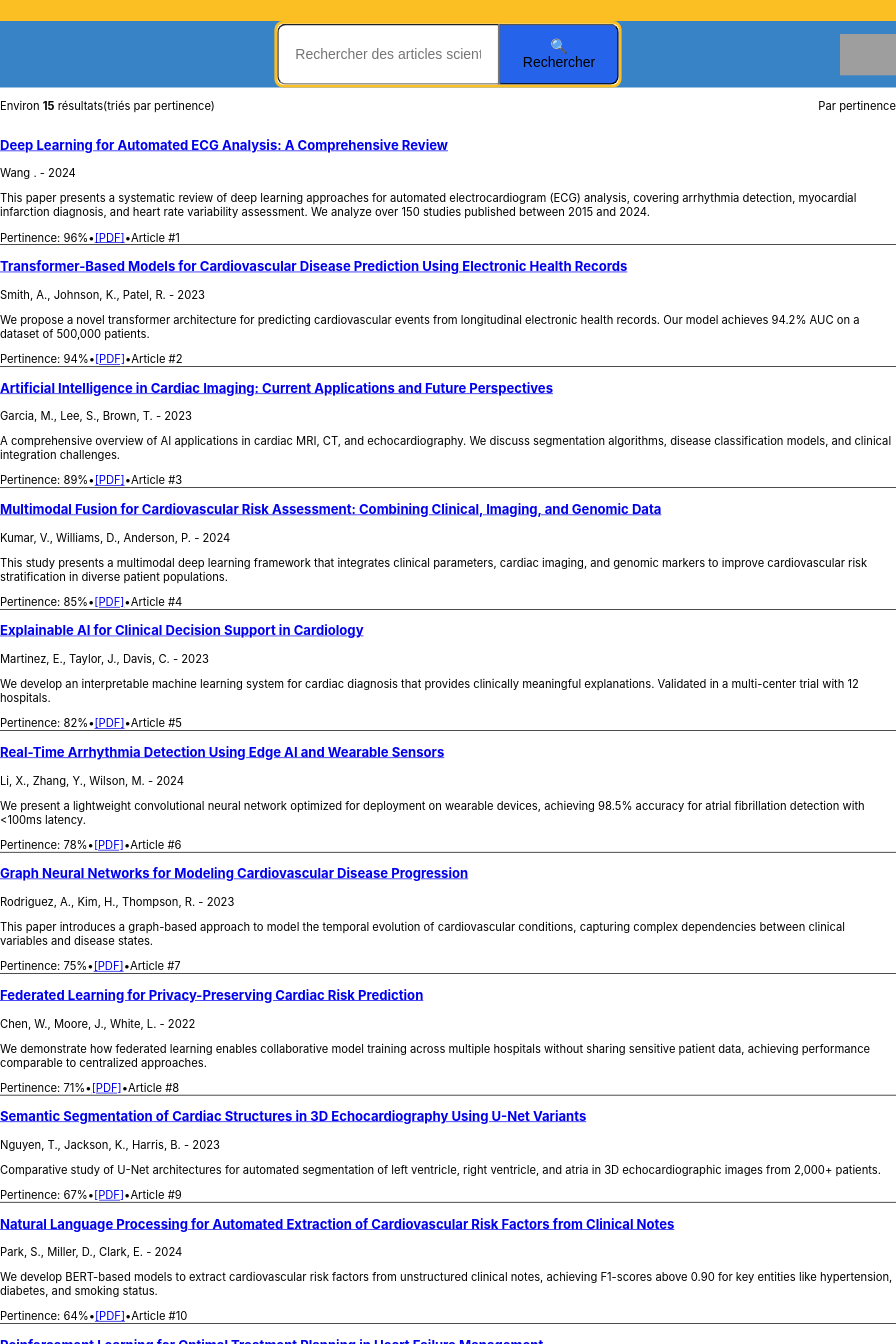
Repository: elh33/SemanticSciSearch
Page: / (app in frontend/)
An editor plug-in stored every save of this project. The page is shown before and after a run of saves, followed by the edit.
The browser window is 1280 px wide. The pictures show the part of the page from y = 0 to 1920 px (the page is 2700 px tall), at 70% of full size.
Pictures or frames that could not be fetched are drawn as grey boxes. The project was rebuilt for these pictures with package versions that can differ from the ones it lists, and the page was loaded fresh each time.

Above is the page before, as saved 2025-11-21 23:20:55.

After the next 2 saves:
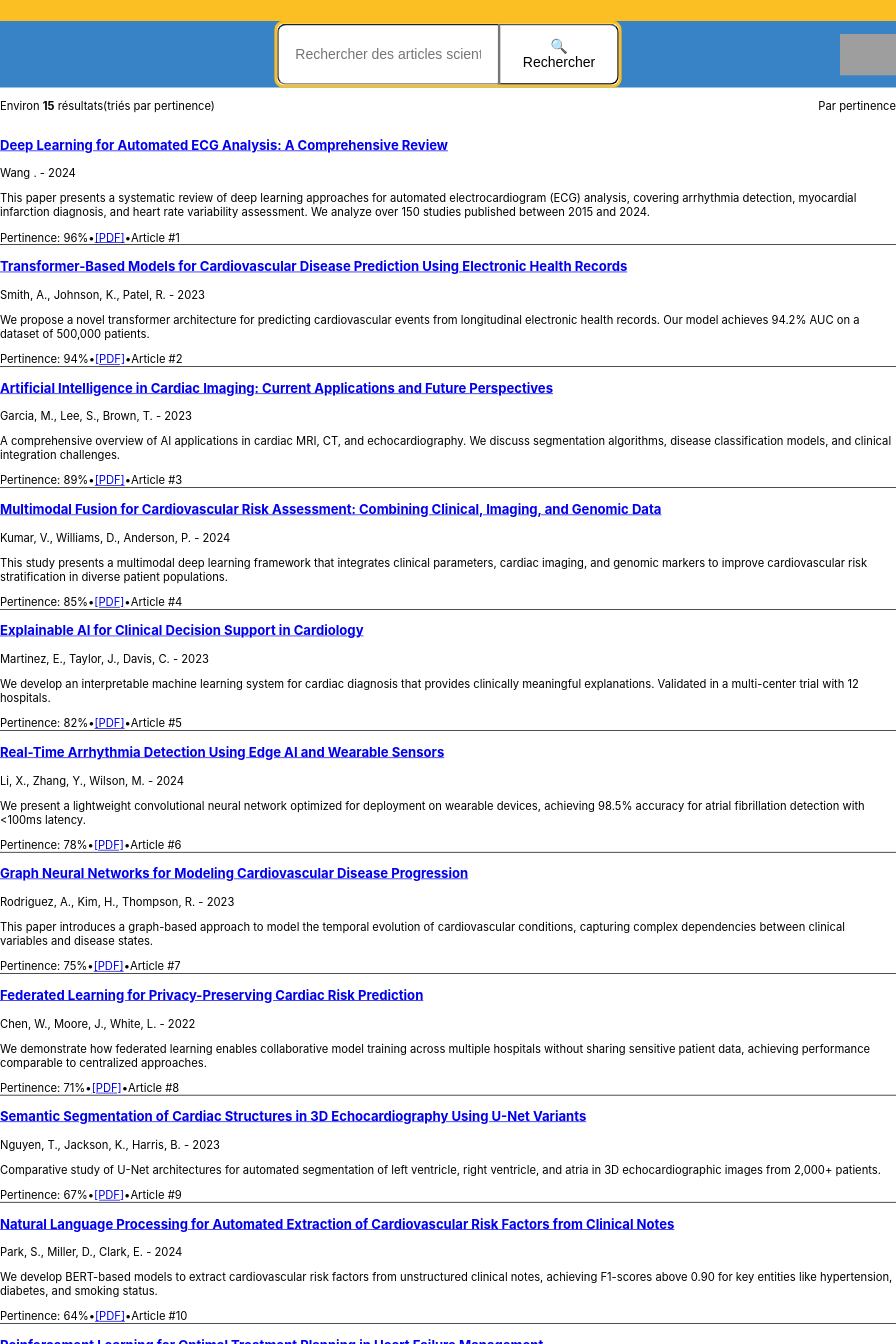
The 2 saves are shown as one change because they came seconds apart.
The last was saved 43 s later.
--- a/frontend/src/components/SearchResults.tsx
+++ b/frontend/src/components/SearchResults.tsx
@@ -67,7 +67,7 @@ const SearchResults: React.FC = () => {
                   type="submit"
                   className="text-white font-bold hover:opacity-90 transition-opacity"
                   style={{
-                    backgroundColor: '#2563eb',
+                    backgroundColor: '#ffffffff',
                     borderRadius: '0 12px 12px 0',
                     padding: '18px 32px',
                     fontSize: '20px'
